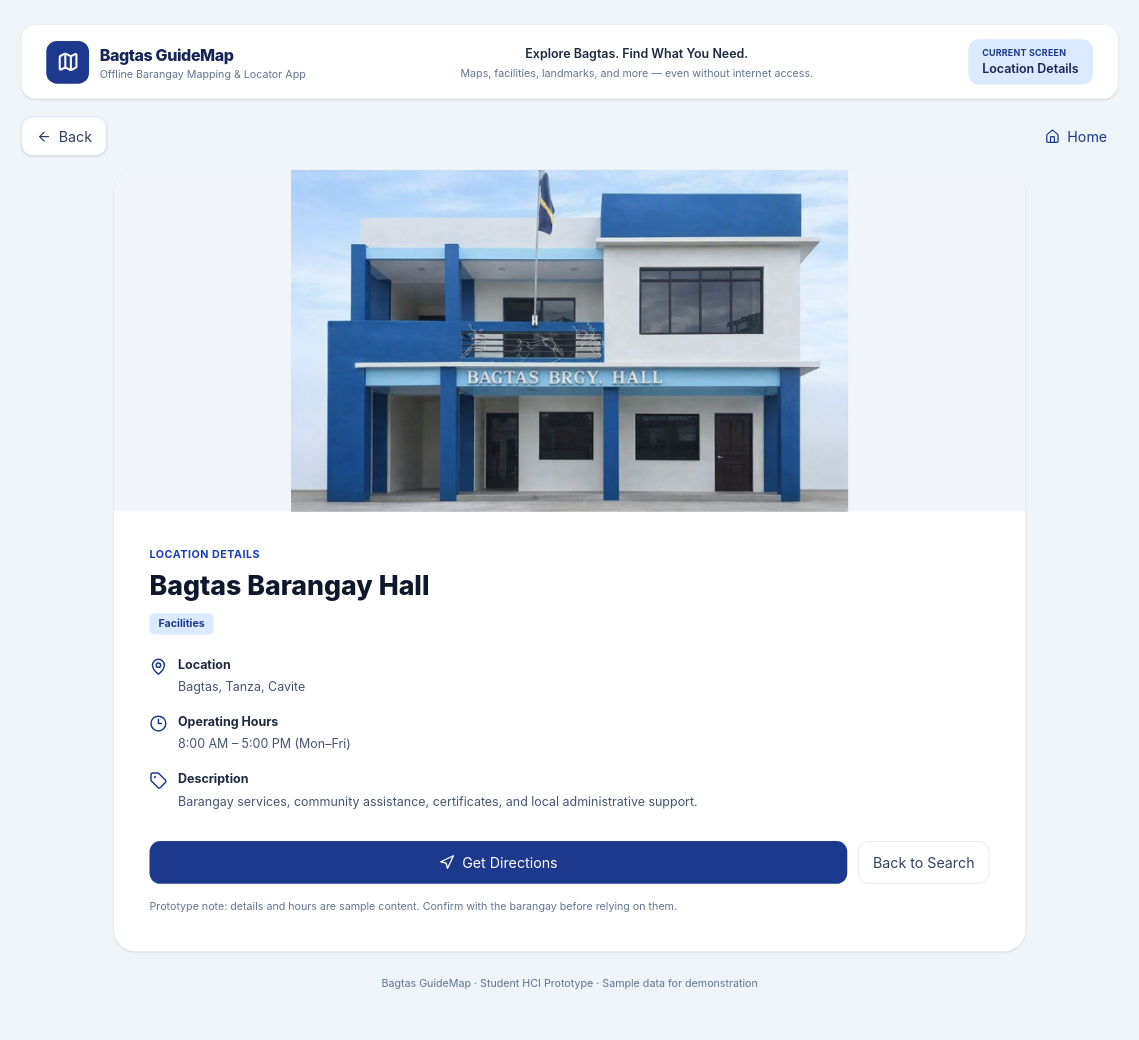
Repository: JulyoGit/Pansoy-high-fidelity-prototype
Page: /details
An editor plug-in stored every save of this project. The page is shown before and after the next save, followed by the edit.
The browser window is 1280 px wide. The pictures show the whole page, at 89% of full size.
The project was rebuilt for these pictures with package versions that can differ from the ones it lists, and the page was loaded fresh each time. Also part of the build but not shown: vite.config.js, src/components/QuickAccess.jsx, src/components/MapPreview.jsx, src/screens/Home.jsx, src/components/LocationCard.jsx, src/screens/Search.jsx, src/screens/Map.jsx, src/screens/Emergency.jsx and 1 more.

Above is the page before, as saved 2026-10-16 16:35:58.

After the next save:
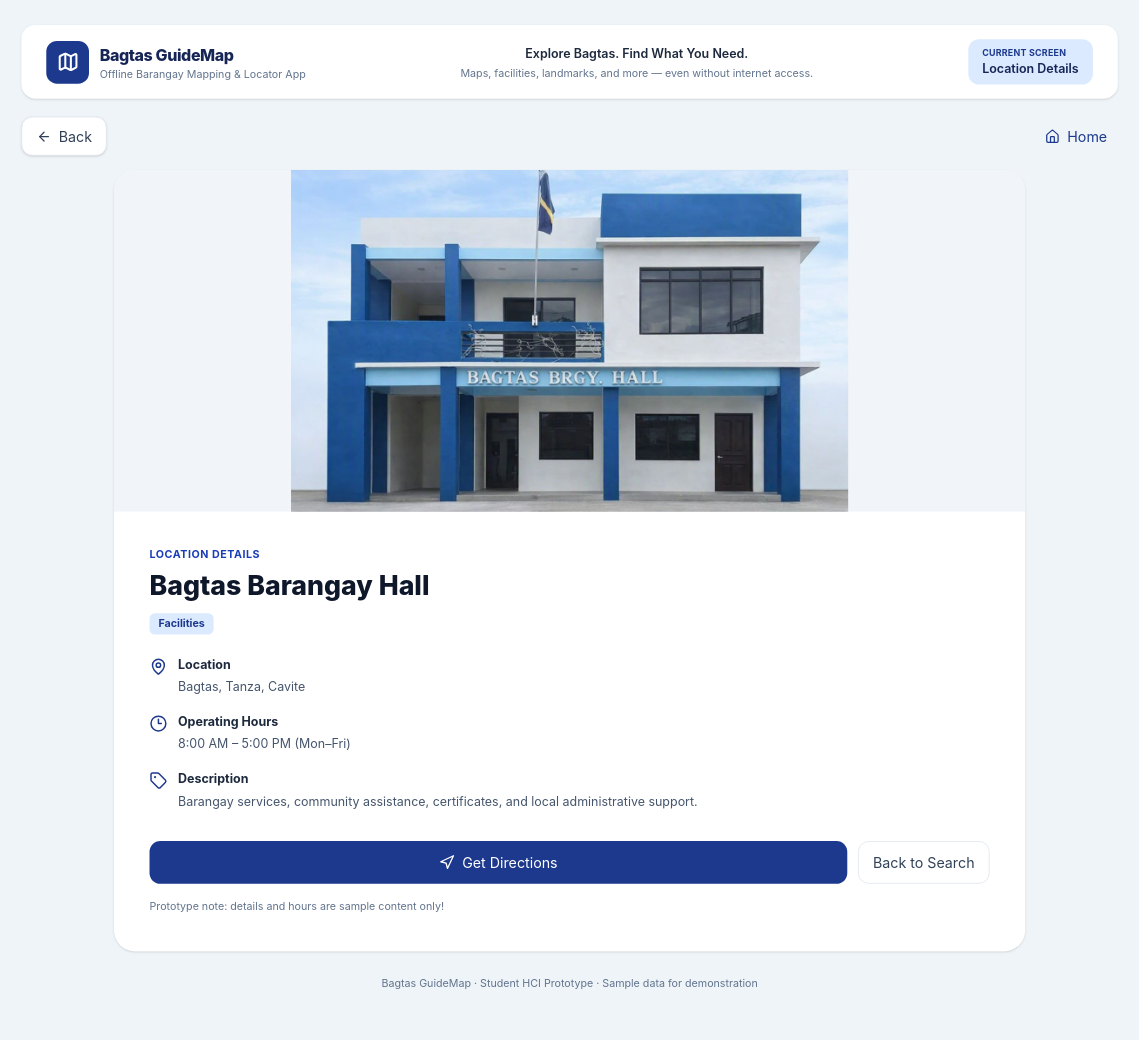
Saved 7 min 8 s later.
--- a/src/screens/Details.jsx
+++ b/src/screens/Details.jsx
@@ -89,8 +89,7 @@ export default function Details() {
         </div>
 
         <p className="mt-4 text-xs leading-5 text-slate-500">
-          Prototype note: details and hours are sample content. Confirm with
-          the barangay before relying on them.
+          Prototype note: details and hours are sample content only!
         </p>
       </div>
     </div>
